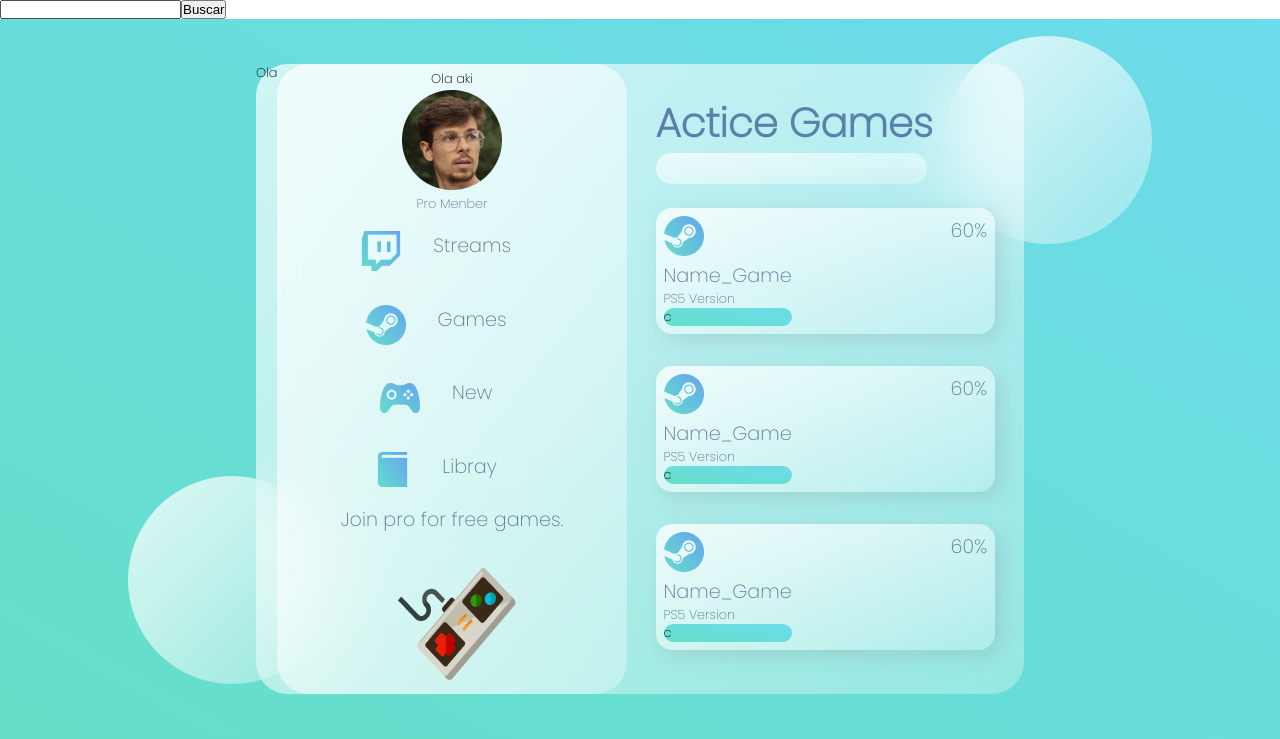
Repository: ServerK001/HomeGamer
Page: /
These files come from the project's save history. The page is drawn as it stood at one moment and after the next save; the edit follows.
The browser window is 1280 px wide. The pictures show the whole page.
The project was rebuilt for these pictures with package versions that can differ from the ones it lists, and the page was loaded fresh each time.

Above is the page before, as saved 2021-12-27 16:44:51.

After the next save:
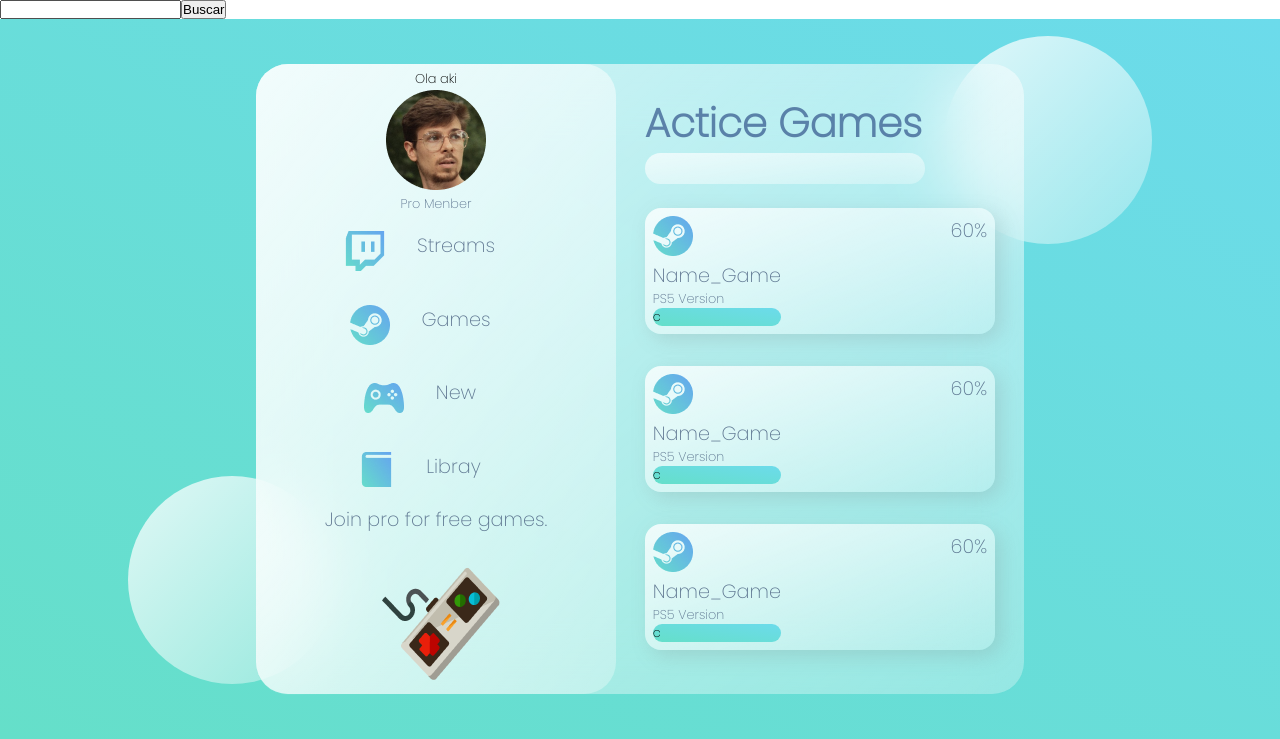
Saved 32 s later.
--- a/src/components/header/header.jsx
+++ b/src/components/header/header.jsx
@@ -9,7 +9,7 @@
 
         <main>
             <section className="glass">
-                Ola {props.poke}
+
 
                 <Dashborad nomePoke={pokemon}/>
 
